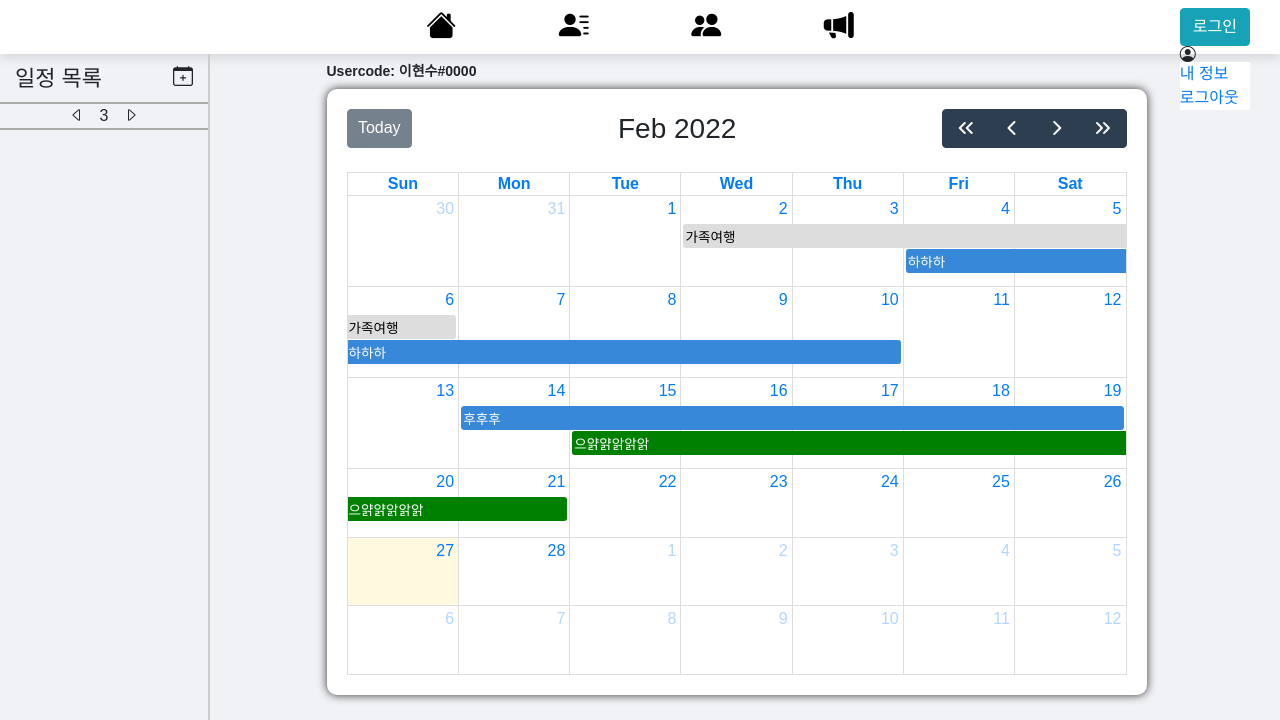
Repository: Hyeon330/Full_stack-code
Page: http://localhost/miniProject/
These files come from the project's save history. The page is drawn as it stood at one moment and after the next save; the edit follows.
The browser window is 1280 px wide. The pictures show the whole page.
Some web fonts or font styles are not loaded; a fallback is used. The page is served by Tomcat 9. Other server files are loaded and not shown.

Above is the page before, as saved 2022-03-20 14:02:16.

### 주요과제/Spring/miniProject/src/main/webapp/WEB-INF/views/home.jsp
<%@ page language="java" contentType="text/html; charset=utf-8" pageEncoding="utf-8"%>
<style>
#sidebar{
	height: 100%;
	width: 210px;
	border-right: 2px solid #ccc;
	overflow: hidden;
}
#sideTitle{
	padding: 0 15px;
	border-bottom: 2px solid #aaa;
	height: 50px;
	line-height: 50px;
}
#sideTitle > span:first-child {
	font-size: 22px;
}
#sideTitle > span:last-child {
	cursor: pointer;
	font-size: 20px;
	position: relative;
	float: right;
	top: 12px;
}
#sideMonth{
	border-bottom: 2px solid #aaa;
	text-align: center;
}
#sideMonth > i {
	margin: 0 10px;
	cursor: pointer;
}
#sideMain {
	width: 100%;
	overflow-x: hidden;
}
#sideMain::-webkit-scrollbar-thumb {
	background-color: #aaa;
	border-radius: 100px;
}
#sideMain::-webkit-scrollbar-track {
	background-color: rgba(0,0,0,0);
}
#listbox{
	width: 200px;
}

#usercode {
  position: relative;
  line-height: 35px;
  height: 35px;
  font-size: 14px;
  font-weight: bold;
}
#contents {
  margin: 0 auto;
}
#calendar {
  height: inherit;
  padding: 20px;
  background-color: white;
  border-radius: 10px;
  box-shadow: 0px 0px 10px rgba(0, 0, 0, 0.8);
}
</style>
<script type="text/javascript">
const resizeMain = () => {
	let headerHeight = Number($('#header').css('height').substring(0, $('#header').css('height').length-2));
    let sideTitleHeight = Number($('#sideTitle').css('height').substring(0, $('#sideTitle').css('height').length-2));
    let sideMonthHeight = Number($('#sideMonth').css('height').substring(0, $('#sideMonth').css('height').length-2));
    $('#sidebar').css('height', window.innerHeight-Number($('#header').css('height').substring(0, $('#header').css('height').length-2)));
    $('#sideMain').css('height', window.innerHeight-headerHeight-sideTitleHeight-sideMonthHeight);

    let sidebarWidth = Number($('#sidebar').css('width').substring(0, $('#sidebar').css('width').length-2));
    $('#contentsBack').css('height', window.innerHeight-headerHeight);
    $('#contentsBack').css('width', window.innerWidth-sidebarWidth-17);

    // let calwidth = screen.availWidth-sidebarWidth-380;
    let calwidth = window.innerWidth-sidebarWidth-250;
    $('#contents').css('height', window.innerHeight-headerHeight-60);
    $('#contents').css('width', calwidth);

    calendar.render();
}
$(function(){

	resizeMain();
	$(window).resize(resizeMain);

	// 다이얼로그 오픈
    $('#dialogOpen').click(function() {
        $('#dialog').dialog('open');
    });

    // 다이얼로그값 전체 리셋 함수
    const dialogReset = () => {
        $("#event-title").val('');
        $("#start-date").val('');
        $("#end-date").val('');
        $('#repet').each(function() {
            $(this).find('option:first').attr('selected',true);
        });
        $('#public').prop('checked', false);
        $('#event-color').val('#3788D8');
        $("#place").val('');
        $("#memo").val('');
    };

    // 다이얼로그 세팅
    $('#dialog').dialog({
        autoOpen: false, // 실행시 자동열림
        modal: true,
        buttons: {
            등록: function(){
                // ajax 처리
                dialogReset();
                $("#dialog").dialog('close');
            },
            초기화: dialogReset,
            취소: function(){
                dialogReset();
                $("#dialog").dialog('close');
            }
        }
    });

    // DatePicker 세팅
    $('#start-date, #end-date').datepicker({
        dateFormat: 'yy-mm-dd',
        monthNames: ['1월', '2월', '3월', '4월', '5월', '6월', '7월', '8월', '9월', '10월', '11월', '12월'],
        monthNamesShort: ['1월', '2월', '3월', '4월', '5월', '6월', '7월', '8월', '9월', '10월', '11월', '12월'],
        dayNames: ['일', '월', '화', '수', '목', '금', '토'],
        dayNamesMin: ['일', '월', '화', '수', '목', '금', '토'],
        showMonthAfterYear: true,
        yearSuffix: '년'
    });
});
</script>
<div id="sidebar">
    <div id="sideTitle">
        <span>일정 목록</span>
        <span id="dialogOpen"><i class="bi bi-calendar-plus"></i></span>
    </div>
    <div id="sideMonth">
        <i class="bi bi-caret-left" onclick="prevMonth()"></i>
        <span>3</span>
        <i class="bi bi-caret-right" onclick="nextMonth()"></i>
    </div>
    <div id="sideMain">
        <div id="listbox">
        </div>
    </div>
</div>
<!-- 다이얼로그 창 -->
<div id="dialog" title="일정 등록">
    <ul>
        <li><input type="text" id="event-title" name="event-title"  placeholder="제목"></li>
        <li><input type="text" id="start-date" name="start-date" placeholder="시작날짜(년-월-일)"></li>
        <li><input type="text" id="end-date" name="end-date" placeholder="종료날짜(년-월-일)"></li>
        <li>
            <select name="repet" id="repet">
                <option value="N">반복안함</option>
                <option value="D">매일반복</option>
                <option value="W">매주반복</option>
                <option value="M">매달반복</option>
                <option value="Y">매년반복</option>
            </select>
        </li>
        <li><label for="public">Public</label><input type="checkbox" id="public" name="public"></li>
        <li><label for="event-color">이벤트 색상</label><input type="color" id="event-color" name="event-color" value="#3788D8"></li>
        <li><input type="text" id="place" name="place" placeholder="장소"></li>
        <li><input type="text" id="memo" name="memo" placeholder="메모"></li>
    </ul>
</div>

### 주요과제/Spring/miniProject/src/main/webapp/inc/top.jspf
<%@ page language="java" contentType="text/html; charset=utf-8" pageEncoding="utf-8"%>
<%@ taglib uri="http://java.sun.com/jsp/jstl/core" prefix="c" %>
<c:set var="url" value="<%=request.getContextPath() %>"/>
<html>
<head>
<meta charset="UTF-8">
<title>Insert title here</title>
	<!-- 부트스트랩4, 부트스트랩 icon CSS -->
	<link rel="stylesheet" href="https://cdn.jsdelivr.net/npm/bootstrap-icons@1.8.1/font/bootstrap-icons.css">
    <link rel="stylesheet" href="https://cdn.jsdelivr.net/npm/bootstrap@4.6.1/dist/css/bootstrap.min.css" integrity="sha384-zCbKRCUGaJDkqS1kPbPd7TveP5iyJE0EjAuZQTgFLD2ylzuqKfdKlfG/eSrtxUkn" crossorigin="anonymous">

    <!-- jquery, 플러그인 CDN -->
    <link rel="stylesheet" href="${url}/jquery-ui/jquery-ui.min.css">
    <script src="https://ajax.googleapis.com/ajax/libs/jquery/3.6.0/jquery.min.js"></script>
    <script src="${url}/jquery-ui/jquery-ui.min.js"></script>

    <!-- 부트스트랩4 JS -->
    <script src="https://cdn.jsdelivr.net/npm/bootstrap@4.6.1/dist/js/bootstrap.bundle.min.js" integrity="sha384-fQybjgWLrvvRgtW6bFlB7jaZrFsaBXjsOMm/tB9LTS58ONXgqbR9W8oWht/amnpF" crossorigin="anonymous"></script>

    <!-- 풀캘린더 API -->
	<link href='${url}/fullcalendar/main.css' rel='stylesheet' />
    <script src='${url}/fullcalendar/main.js'></script>

    <link rel="stylesheet" href="${url}/css/base.css" type="text/css">
    <link rel="stylesheet" href="${url}/css/header.css" type="text/css">

</head>
<body>
<div id="header">
	<div id="icons">
	    <a href="index.html" class="disableLink"><i class="bi bi-house-fill" title="Home"></i></a>
	    <a href="friends.html"><i class="bi bi-person-lines-fill" title="Friends"></i></a>
	    <a href="#"><i class="bi bi-people-fill" title="Group"></i></a>
	    <a href="#"><i class="bi bi-megaphone-fill" title="Announcement"></i></a>
	</div>
    <div id="info">
        <a id="login-btn" href="${url}/login" type="button" class="btn btn-info">로그인</a>
        <div>
            <div id="userinfo">
                <i class="bi bi-person-circle"></i>
            </div>
        </div>
        <div id="info_menu">
            <ul>
                <a href="#"><li>내 정보</li></a>
                <a href="#"><li>로그아웃</li></a>
            </ul>
        </div>
    </div>
</div>
<div id="main">

### 주요과제/Spring/miniProject/src/main/webapp/inc/main.jspf
<%@ page language="java" contentType="text/html; charset=utf-8" pageEncoding="utf-8"%>
<%@ taglib uri="http://java.sun.com/jsp/jstl/core" prefix="c" %>
<div id="contentsBack">
	<div id=contents>
		<div id='usercode'>Usercode: 이현수#0000</div>
		<div id='calendar'></div>
		<script src="${url}/js/myCalendar.js"></script>
	</div>
</div>
</div>
</body>
</html>

### 주요과제/Spring/miniProject/src/main/webapp/css/base.css
@charset "UTF-8";
@import url('https://fonts.googleapis.com/css2?family=Do+Hyeon&display=swap');
body, div, p, ul, li {
	margin: 0;
	padding: 0;
}
ul, li{
	list-style-type: none;
}
ul {
	background: #fff;
}
body {
	background-color: #f0f2f5;
	font-family: 'Do Hyeon', sans-serif;
}
#main > div{
	float: left;
}

### 주요과제/Spring/miniProject/src/main/webapp/css/header.css
@charset "UTF-8";
#header {
	background-color: #fff;
	height: 54px;
	box-shadow: 0px 5px 10px rgba(0,0,0,0.1);
}
#icons{
	display: flex;
	justify-content: space-around;
	width: 530px;
	height: 54px;
	margin: 0 auto;
}
#icons > *{
	font-size: 30px;
	margin-top: 10px;
}
#icons a, #icons a:link, #icons a:visited{
	color: black;
}
#icons a:hover{
	color: #888;
	text-decoration: none;
}
#info {
	position: absolute;
	top: 8px;
	right: 30px;
}

Loaded but not shown: 주요과제/Spring/miniProject/src/main/webapp/jquery-ui/jquery-ui.min.css (library); 주요과제/Spring/miniProject/src/main/webapp/jquery-ui/jquery-ui.min.js (library); 주요과제/Spring/miniProject/src/main/webapp/fullcalendar/main.js (library); 주요과제/Spring/miniProject/src/main/webapp/js/myCalendar.js (66 lines, source omitted); 주요과제/Spring/miniProject/src/main/webapp/fullcalendar/main.css (1494 lines, source omitted)

After the next save:
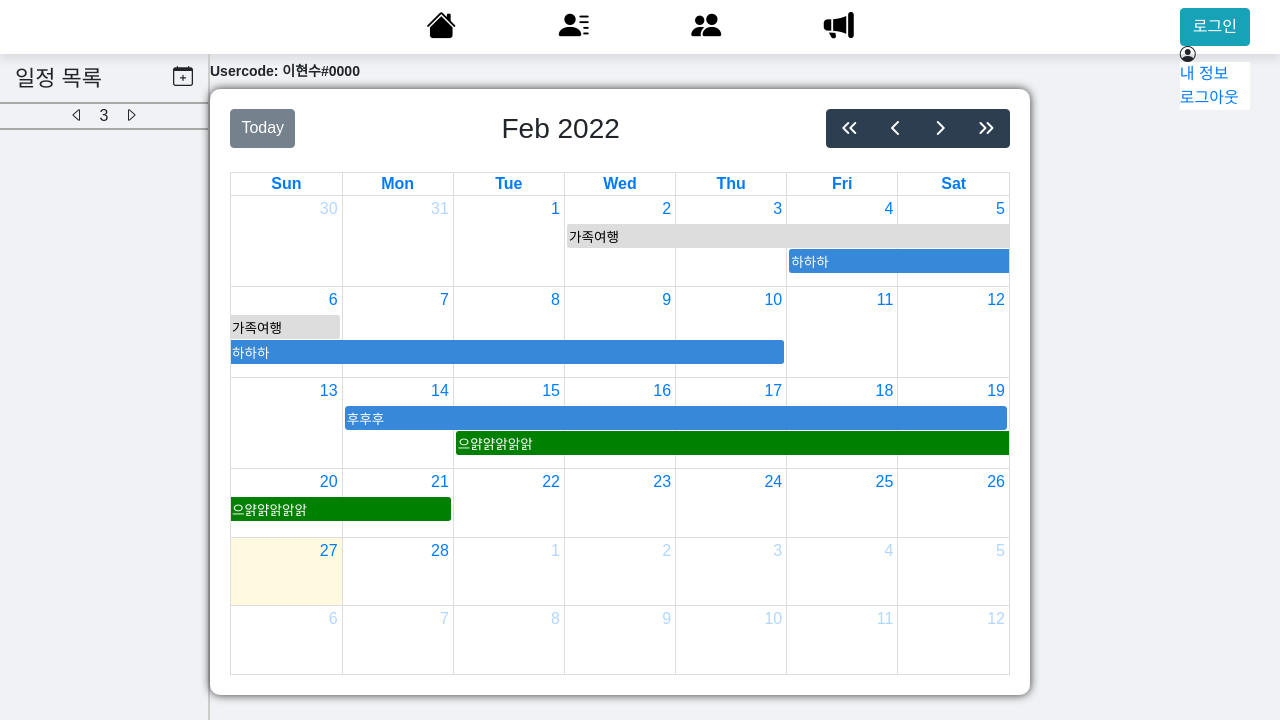
Saved 49 s later.
--- a/주요과제/Spring/miniProject/src/main/webapp/WEB-INF/views/home.jsp
+++ b/주요과제/Spring/miniProject/src/main/webapp/WEB-INF/views/home.jsp
@@ -51,9 +51,6 @@
   height: 35px;
   font-size: 14px;
   font-weight: bold;
-}
-#contents {
-  margin: 0 auto;
 }
 #calendar {
   height: inherit;

After the save that followed:
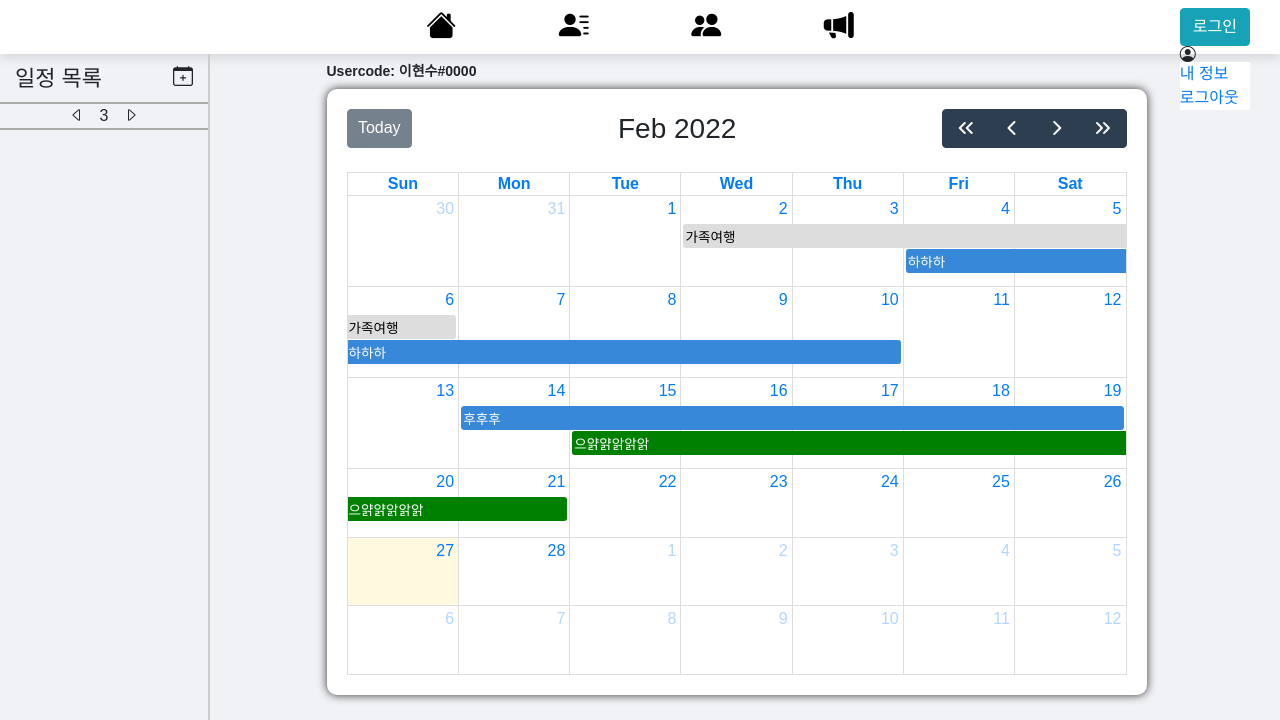
Saved 6 s later.
--- a/주요과제/Spring/miniProject/src/main/webapp/WEB-INF/views/home.jsp
+++ b/주요과제/Spring/miniProject/src/main/webapp/WEB-INF/views/home.jsp
@@ -51,6 +51,9 @@
   height: 35px;
   font-size: 14px;
   font-weight: bold;
+}
+#contents {
+  margin: 0 auto;
 }
 #calendar {
   height: inherit;
